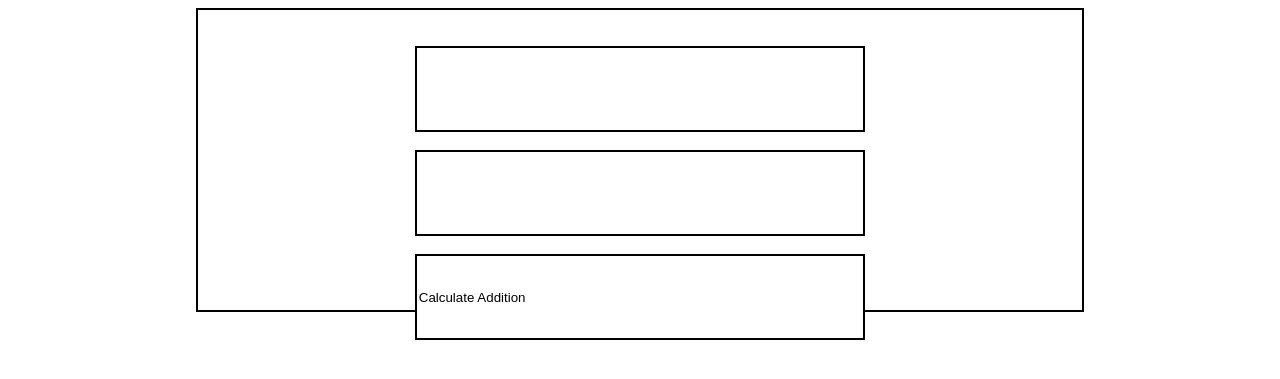
Repository: KiranNaikwadi/JSP
Page: http://localhost/Program/Add.jsp
An editor plug-in stored every save of this project. The page is shown before and after the next save, followed by the edit.
The browser window is 1280 px wide. The pictures show the whole page.
The page is served by Tomcat 9.

Above is the page before, as saved 2024-04-06 04:48:25.

### Program/src/main/webapp/Add.jsp
<%@ page language="java" contentType="text/html; charset=UTF-8"
    pageEncoding="UTF-8"%>
<!DOCTYPE html>
<html>
<head>
<meta charset="UTF-8">
<title>Insert title here</title>
<style>
input{
height:80px;
width:50%;
border: 2px solid black;
}
form{
border:2px solid black;
height:300px;
width:70%;
}
</style>
</head>
<body>
<%!
int a,b,c;
%>
<center>
<form name='frm' action='' method='get'><br><br>
<input type='text' name='first' value=''><br><br>
<input type='text' name='second' value=''><br><br>
<input type='text' name='s' value='Calculate Addition'>
</center>
</form>
<%
String btn=request.getParameter("s");
if(btn!=null){
	a=Integer.parseInt(request.getParameter("first"));
	b=Integer.parseInt(request.getParameter("second"));
	c=a+b;
	out.println("<h1>Addition is +c </h1>");

}
%>
</body>
</html>

After the next save:
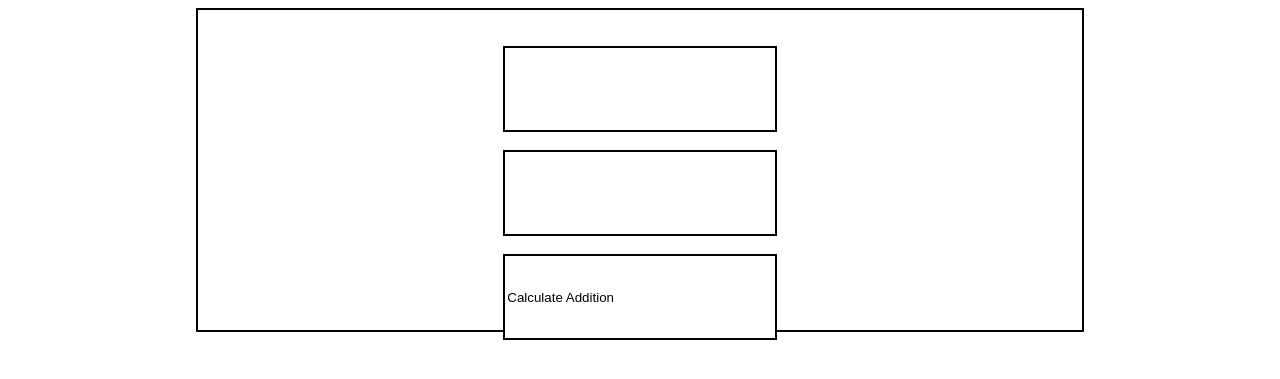
Saved 14 s later.
--- a/Program/src/main/webapp/Add.jsp
+++ b/Program/src/main/webapp/Add.jsp
@@ -8,12 +8,12 @@
 <style>
 input{
 height:80px;
-width:50%;
+width:30%;
 border: 2px solid black;
 }
 form{
 border:2px solid black;
-height:300px;
+height:320px;
 width:70%;
 }
 </style>
